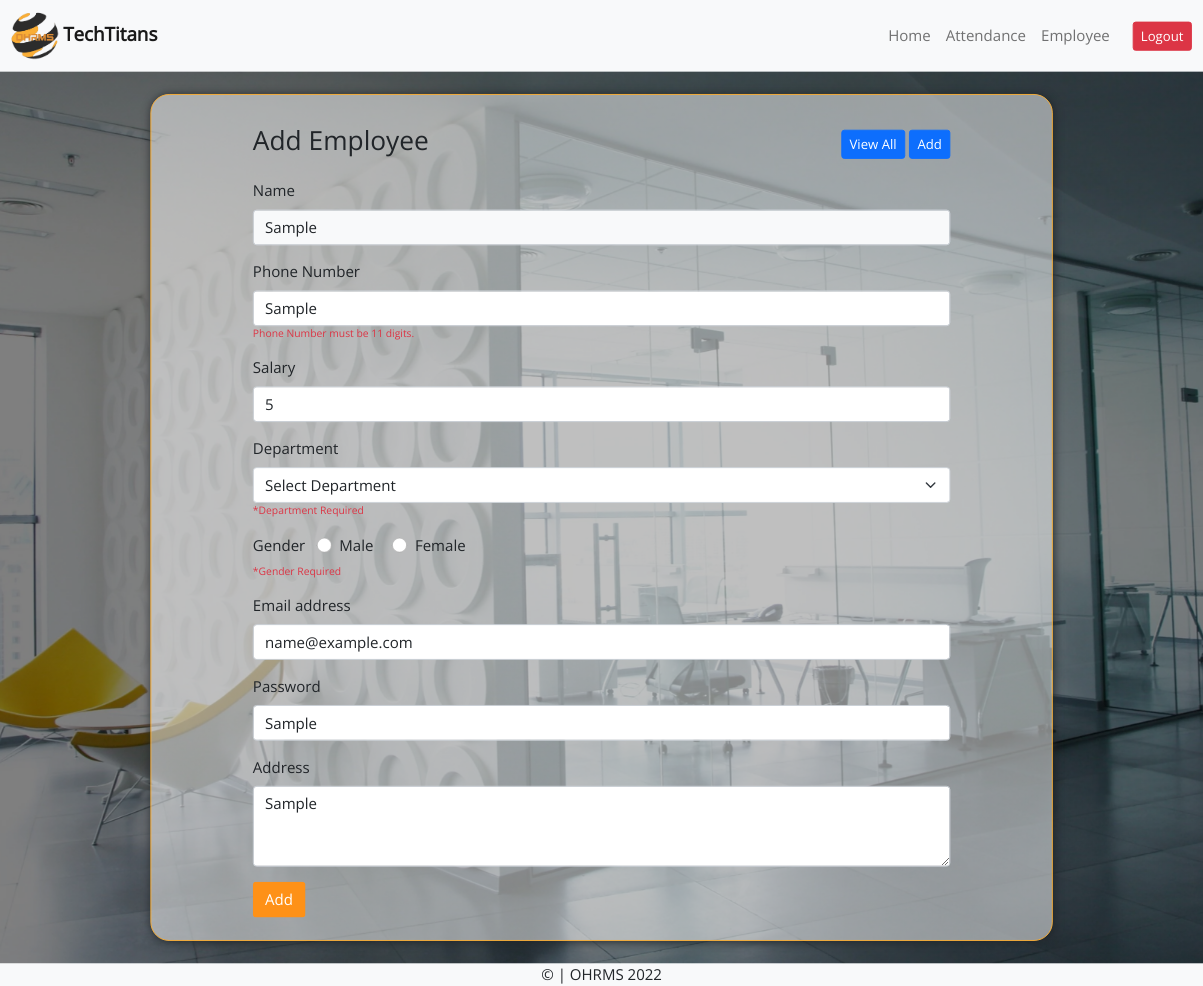
Repository: SaudCh/PHP-OHRMS
Page: http://localhost/admin/add-employee
These files come from the project's save history. The page is drawn as it stood at one moment and after the next save; the edit follows.
The browser window is 1280 px wide. The pictures show the whole page, at 94% of full size.
Empty fields were first filled with sample values (such as "Sample", 5 or name@example.com).
After loading, the first visible `form.mx-0` was submitted once.
Some web libraries are served in a nearby version. The page is run by PHP 8.4 with error messages shown; the project is at /var/www/html/. The session is filled in as if someone had signed in: {"admin": "admin@ohrm.com"}. Other server files are loaded and not shown.

Above is the page before, as saved 2022-06-12 14:32:17.

### admin/add-employee.php
<!DOCTYPE html>
<html lang="en">

<head>
    <meta charset="UTF-8">
    <meta http-equiv="X-UA-Compatible" content="IE=edge">
    <meta name="viewport" content="width=device-width, initial-scale=1.0">
    <?php require "../assets/includes/link.includes.php" ?>
    <link rel="stylesheet" href="./assets/css/admin-styles.css">

    <script src="./assets/js/addEmp.js"></script>

    <title>Add Employee</title>
</head>

<body>
    <?php require "./assets/Components/header.php" ?>
    <div class="container-fluid profile-body">
        <div class="row align-items-center justify-content-center">
            <div class="card col-11 col-md-9 my-4 py-4 cus-card">

                <form name="registerform" method="POST" action="./assets/includes/add-employee.includes.php" onsubmit="return validateform()" style="z-index: 10;position:relative;" class="mx-0 px-0 px-md-5 mx-md-5">
                    <div class="d-flex align-items-center justify-content-between mt-2">
                        <h3>Add Employee</h3>
                        <div>
                            <a href="employee" class="btn btn-sm btn-primary">View All</a>
                            <a href="add-employee" class="btn btn-sm btn-primary">Add</a>
                        </div>
                    </div>
                    <div class="mt-3">
                        <?php require "../assets/includes/alert.includes.php" ?>
                    </div>
                    <div class="mb-1">
                        <label for="name" class="form-label">Name</label>
                        <input type="text" name="name" class="form-control bg-light" id="name">
                        <p id="nameerr" class="text-danger" style="font-size: 11px;"></p>
                    </div>
                    <div class="mb-1">
                        <label for="phone" class="form-label">Phone Number</label>
                        <input type="text" name="phoneNum" class="form-control" id="phone">
                        <p id="phonerr" class="text-danger" style="font-size: 11px;"></p>

                    </div>
                    <div class="mb-1">
                        <label for="salary" class="form-label">Salary</label>
                        <input type="number" name="salary" class="form-control" id="salary">
                        <p id="salaryerr" class="text-danger" style="font-size: 11px;"></p>

                    </div>
                    <div class="mb-1">
                        <label for="department" class="form-label">Department</label>
                        <select name="department" class="form-select" id="department">
                            <option value="">Select Department</option>
                            <option value="IT">IT</option>
                            <option value="Finance">Finance</option>
                            <option value="Marketing">Marketing</option>
                        </select>
                        <p id="depterr" class="text-danger" style="font-size: 11px;"></p>

                    </div>
                    <div class="mb-1">
                        <label for="gender" class="form-label me-2">Gender</label>
                        <div class="form-check form-check-inline">
                            <input class="form-check-input" type="radio" name="gender" id="male" value="male">
                            <label class="form-check-label" for="male">Male</label>
                        </div>
                        <div class="form-check form-check-inline">
                            <input class="form-check-input" type="radio" name="gender" id="female" value="female">
                            <label class="form-check-label" for="female">Female</label>
                        </div>
                        <p id="gendererr" class="text-danger" style="font-size: 11px;"></p>
                    </div>
                    <div class="mb-1">
                        <label for="email" class="form-label">Email address</label>
                        <input type="email" name="email" class="form-control" id="email" />
                        <p id="emailerr" class="text-danger" style="font-size: 11px;"></p>

                    </div>
                    <div class="mb-1">
                        <label for="password" class="form-label">Password</label>
                        <input type="text" name="password" class="form-control" id="password" />
                        <p id="passerr" class="text-danger" style="font-size: 11px;"></p>

                    </div>
                    <div class="mb-1">
                        <label for="address" class="form-label">Address</label>
                        <textarea class="form-control" name="address" id="address" rows="3"></textarea>
                        <p id="addresserr" class="text-danger" style="font-size: 11px;"></p>

                    </div>

                    <button type="submit" class="btn text-white" style="background-color: #fe9117;">Add</button>
                </form>
            </div>
        </div>
    </div>
    <?php require "./assets/Components/footer.php" ?>

</body>

</html>

### assets/includes/link.includes.php
<link href="https://cdn.jsdelivr.net/npm/bootstrap@5.0.2/dist/css/bootstrap.min.css" rel="stylesheet" integrity="sha384-EVSTQN3/azprG1Anm3QDgpJLIm9Nao0Yz1ztcQTwFspd3yD65VohhpuuCOmLASjC" crossorigin="anonymous">
<script src="https://cdn.jsdelivr.net/npm/bootstrap@5.0.2/dist/js/bootstrap.bundle.min.js" integrity="sha384-MrcW6ZMFYlzcLA8Nl+NtUVF0sA7MsXsP1UyJoMp4YLEuNSfAP+JcXn/tWtIaxVXM" crossorigin="anonymous"></script>
<script src="https://cdn.jsdelivr.net/npm/@popperjs/core@2.9.2/dist/umd/popper.min.js" integrity="sha384-IQsoLXl5PILFhosVNubq5LC7Qb9DXgDA9i+tQ8Zj3iwWAwPtgFTxbJ8NT4GN1R8p" crossorigin="anonymous"></script>
<script src="https://cdn.jsdelivr.net/npm/bootstrap@5.0.2/dist/js/bootstrap.min.js" integrity="sha384-cVKIPhGWiC2Al4u+LWgxfKTRIcfu0JTxR+EQDz/bgldoEyl4H0zUF0QKbrJ0EcQF" crossorigin="anonymous"></script>

<script src="https://kit.fontawesome.com/5d60ba127b.js" crossorigin="anonymous"></script>

<link rel="stylesheet" href="./assets/css/style.css" type="text/css">
<link rel="stylesheet" href="./assets/css/footer.css" type="text/css">

<link rel="preconnect" href="https://fonts.googleapis.com">
<link rel="preconnect" href="https://fonts.gstatic.com" crossorigin>
<link href="https://fonts.googleapis.com/css2?family=Open+Sans&display=swap" rel="stylesheet">


<style>
    .link {
        text-decoration: none;
    }
    *{
        font-family: 'Open Sans', sans-serif;
    }
</style>

### admin/assets/Components/header.php
<?php
session_start();
$email = '';

include '../assets/config/dbconfig.php';

if (isset($_SESSION['admin'])) {
    $email = $_SESSION['admin'];
} else {
    header("location: login");
}
?>
<nav class="navbar navbar-expand-lg navbar-light bg-light">
    <div class="container-fluid">
        <a class="navbar-brand" href="index">
            <img src="../assets/images/logo.png" alt="logo" style="height: 50px;">
            <span class="fw-bold">TechTitans</span>
        </a>
        <button class="navbar-toggler" type="button" data-bs-toggle="collapse" data-bs-target="#navbarSupportedContent" aria-controls="navbarSupportedContent" aria-expanded="false" aria-label="Toggle navigation">
            <span class="navbar-toggler-icon"></span>
        </button>
        <div class="collapse navbar-collapse" id="navbarSupportedContent">
            <ul class="navbar-nav ms-auto me-3 mb-2 mb-lg-0">
                <li class="nav-item">
                    <a class="nav-link" aria-current="page" href="index">Home</a>
                </li>
                <li class="nav-item">
                    <a class="nav-link" href="attendance">Attendance</a>
                </li>
                <li class="nav-item">
                    <a class="nav-link" href="employee">Employee</a>
                </li>
            </ul>
            <?php

            if (isset($_SESSION['admin'])) {
                echo '<a href="./assets/includes/admin-logout.includes.php" class="btn btn-sm btn-danger">Logout</a>';
            } else {
                echo '<a href="login" class="btn btn-sm btn-success">Login</a>';
            }
            ?>


        </div>
    </div>
</nav>

### assets/config/dbconfig.php
<?php
// Database configuration
$dbHost     = "localhost";
$dbUsername = "root";
$dbPassword = "";
$dbName     = "ohrms";

// $dbHost     = "sql309.epizy.com";
// $dbUsername = "epiz_31832295";
// $dbPassword = "tUeUxf7Ppv8";
// $dbName     = "epiz_31832295_ohrms";

// Create database connection
$db = new mysqli($dbHost, $dbUsername, $dbPassword, $dbName);
$con = mysqli_connect($dbHost, $dbUsername, $dbPassword, $dbName);

// Check connection
if ($db->connect_error) {
    die("Connection failed: " . $db->connect_error);
}

### assets/includes/alert.includes.php
<?php if (isset($_GET["suc"])) {
    $msg = $_GET["suc"];
?>
    <div class="alert alert-success" role="alert">
        <?= $msg ?>
    </div>
<?php
} ?>
<?php if (isset($_GET["err"])) {
    $msg = $_GET["err"];
?>
    <div class="alert alert-danger" role="alert">
        <?= $msg ?>
    </div>
<?php
} ?>

### admin/assets/Components/footer.php
<footer class="bg-light text-center">
    <span class="text-center">&copy | OHRMS 2022</span>
</footer>

### assets/css/footer.css
.back-to-top {
  cursor: pointer;
  position: fixed;
  bottom: 30px;
  right: 20px;
  display: none;
  z-index: 10;
}

.footer {
  background-color: #fe9126;
  display: flex;
  color: white;
  z-index: 2;
}

.footer a {
  color: white;
  text-decoration: none;
  font-weight: 500;
}

.footer-links ul {
  text-align: left;
}

.footer-links li {
  list-style: none;
}

.copyright {
  color: white;
  background-color: #fe9126;
}

### admin/assets/css/admin-styles.css
.login-body {
  min-height: 90vh;
  display: flex;
  justify-content: center;
  align-items: center;

  background-image: linear-gradient(
      rgba(250, 174, 54, 0.3),
      rgba(250, 174, 54, 0.3)
    ),
    url("../../../assets/images/4452961.webp");
  background-size: cover;
  background-repeat: no-repeat;
  background-position: center;
}
.login-card {
  background-color: rgba(255, 255, 255, 1);
  box-shadow: 1px 1px 10px;
  border-radius: 20px;
  border-color: #faae36;
}

.profile-body {
  min-height: 90vh;
  background-image: linear-gradient(rgba(0, 0, 0, 0.5), rgba(0, 0, 0, 0.5)),
    url("../../../assets/images/4452961.webp");
  background-size: cover;
  background-repeat: no-repeat;
  background-position: center;
}

.link {
  text-decoration: none;
}
.index-body {
  display: flex;
  justify-content: center;
  align-items: center;

  min-height: 90vh;
  background-image: linear-gradient(rgba(0, 0, 0, 0.5), rgba(0, 0, 0, 0.5)),
    url("../../../assets/images/4452961.webp");
  background-size: cover;
  background-repeat: no-repeat;
  background-position: center;
}
.profile-body {
  min-height: 90vh;
  background-image: linear-gradient(rgba(0, 0, 0, 0.5), rgba(0, 0, 0, 0.5)),
    url("../../../assets/images/4452961.webp");
  background-size: cover;
  background-repeat: no-repeat;
  background-position: center;
}
.cus-card {
  background-color: rgba(255, 255, 255, 0.5);
  box-shadow: 1px 1px 10px;
  border-radius: 20px;
  border-color: #faae36;
}
#cus-scroll::-webkit-scrollbar {
  width: 5px;
}

#cus-scroll::-webkit-scrollbar-track {
  background: #f1f1f1;
}

#cus-scroll::-webkit-scrollbar-thumb {
  background: #888;
}

#cus-scroll::-webkit-scrollbar-thumb:hover {
  background: #555;
}

### admin/assets/js/addEmp.js

function validateform() {
    var name = document.registerform.name.value;
    var department = document.registerform.department.value;
    var phone = document.registerform.phoneNum.value;
    var salary = document.registerform.salary.value;
    var gender = document.registerform.gender.value;
    var email = document.registerform.email.value;
    var password = document.registerform.password.value;
    var address = document.registerform.address.value;

    let err = true;

    if (name == null || name == "") {
        document.getElementById("nameerr").innerHTML = "*Name Required";
        err = false;
    } else if (/^[a-zA-Z]/.test(name) === false) {
        document.getElementById("nameerr").innerHTML = "Only alphabets are allowed.";
        err = false;
    } else {
        document.getElementById("nameerr").innerHTML = "";
    }

    if (phone == null || phone == "") {
        document.getElementById("phonerr").innerHTML = "*Phone Required";
        err = false;
    } else if (/^[0-9+]+$/.test(phone) === false) {
        document.getElementById("phonerr").innerHTML = "Only numbers are allowed."
        err = false;
    } else if (phone.length < 11) {
        document.getElementById("phonerr").innerHTML = "Phone Number must be 11 digits."
        err = false;
    } else {
        document.getElementById("phonerr").innerHTML = "";
    }

    if (salary == null || salary == "") {
        document.getElementById("phonerr").innerHTML = "*Salary Required";
        err = false;
    } else if (/^[0-9]+$/.test(salary) === false) {
        document.getElementById("phonerr").innerHTML = "Only numbers are allowed."
        err = false;
    } else if (salary.length < 11) {
        document.getElementById("phonerr").innerHTML = "Phone Number must be 11 digits."
        err = false;
    } else {
        document.getElementById("phonerr").innerHTML = "";
    }

    if (department == null || department == "") {
        document.getElementById("depterr").innerHTML = "*Department Required";
        err = false;
    } else {
        document.getElementById("depterr").innerHTML = "";
    }

    if (gender == null || gender == "") {
        document.getElementById("gendererr").innerHTML = "*Gender Required";
        err = false;
    } else {
        document.getElementById("gendererr").innerHTML = "";
    }

    if (email == null || email == "") {
        document.getElementById("emailerr").innerHTML = "*Email Required";
        err = false;
    } else if (!/\S+@\S+\.\S+/.test(email)) {
        document.getElementById("emailerr").innerHTML = "Invalid Email";
    } else {
        document.getElementById("emailerr").innerHTML = "";
    }

    if (password == null || password == "") {
        document.getElementById("passerr").innerHTML = "*Password Required";
        err = false;
    } else if (password.length < 6) {
        document.getElementById("passerr").innerHTML = "Password must greater than 6 characters";
        err = false;
    } else {
        document.getElementById("passerr").innerHTML = "";
    }

    if (address == null || address == "") {
        document.getElementById("addresserr").innerHTML = "*Address Required";
        err = false;
    } else {
        document.getElementById("addresserr").innerHTML = "";
    }

    return err;
}

Loaded but not shown: assets/css/style.css (common file)

After the next save:
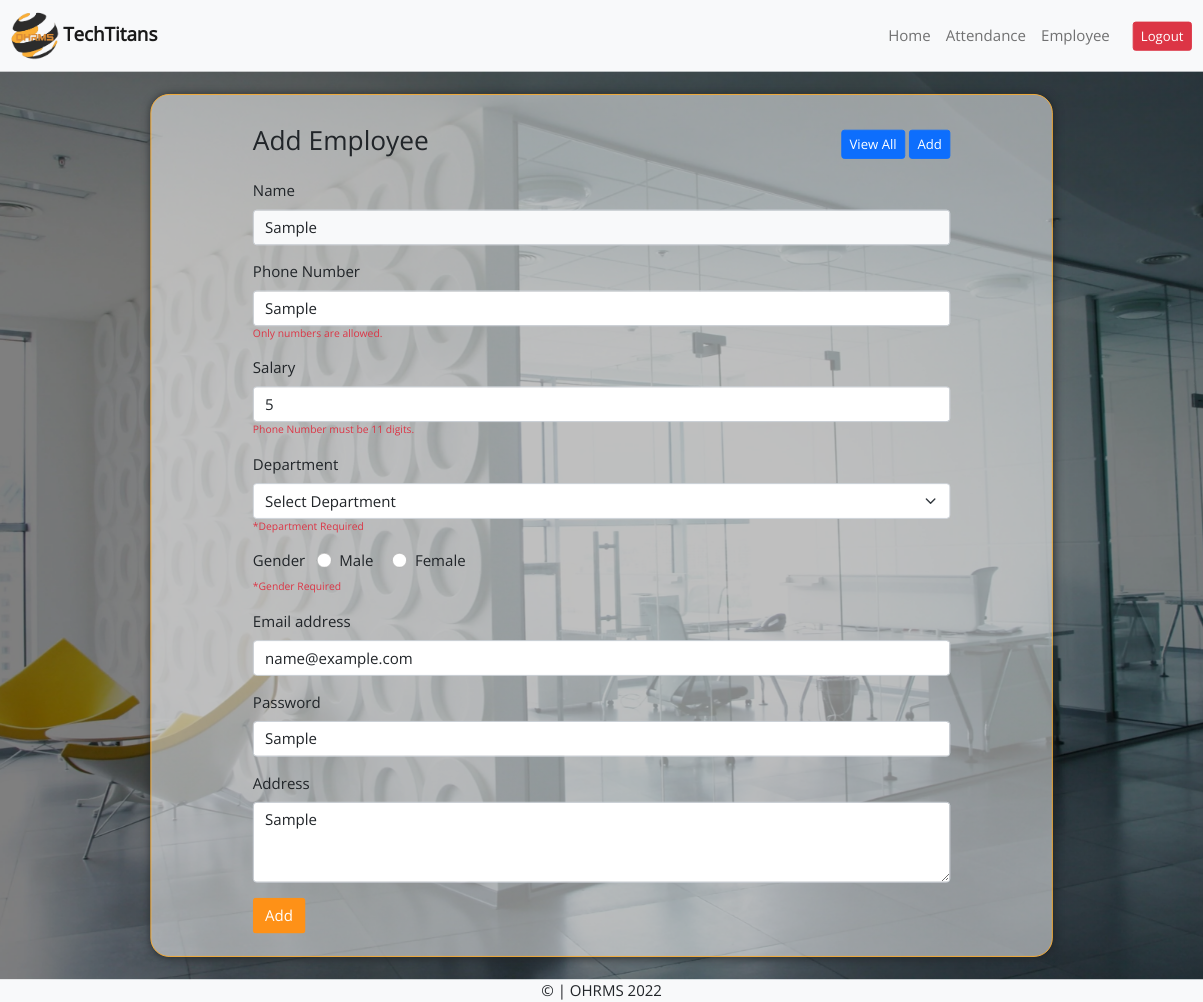
Saved 27 s later.
--- a/admin/assets/js/addEmp.js
+++ b/admin/assets/js/addEmp.js
@@ -35,16 +35,16 @@ function validateform() {
     }
 
     if (salary == null || salary == "") {
-        document.getElementById("phonerr").innerHTML = "*Salary Required";
+        document.getElementById("salaryerr").innerHTML = "*Salary Required";
         err = false;
     } else if (/^[0-9]+$/.test(salary) === false) {
-        document.getElementById("phonerr").innerHTML = "Only numbers are allowed."
+        document.getElementById("salaryerr").innerHTML = "Only numbers are allowed."
         err = false;
     } else if (salary.length < 11) {
-        document.getElementById("phonerr").innerHTML = "Phone Number must be 11 digits."
+        document.getElementById("salaryerr").innerHTML = "Phone Number must be 11 digits."
         err = false;
     } else {
-        document.getElementById("phonerr").innerHTML = "";
+        document.getElementById("salaryerr").innerHTML = "";
     }
 
     if (department == null || department == "") {
